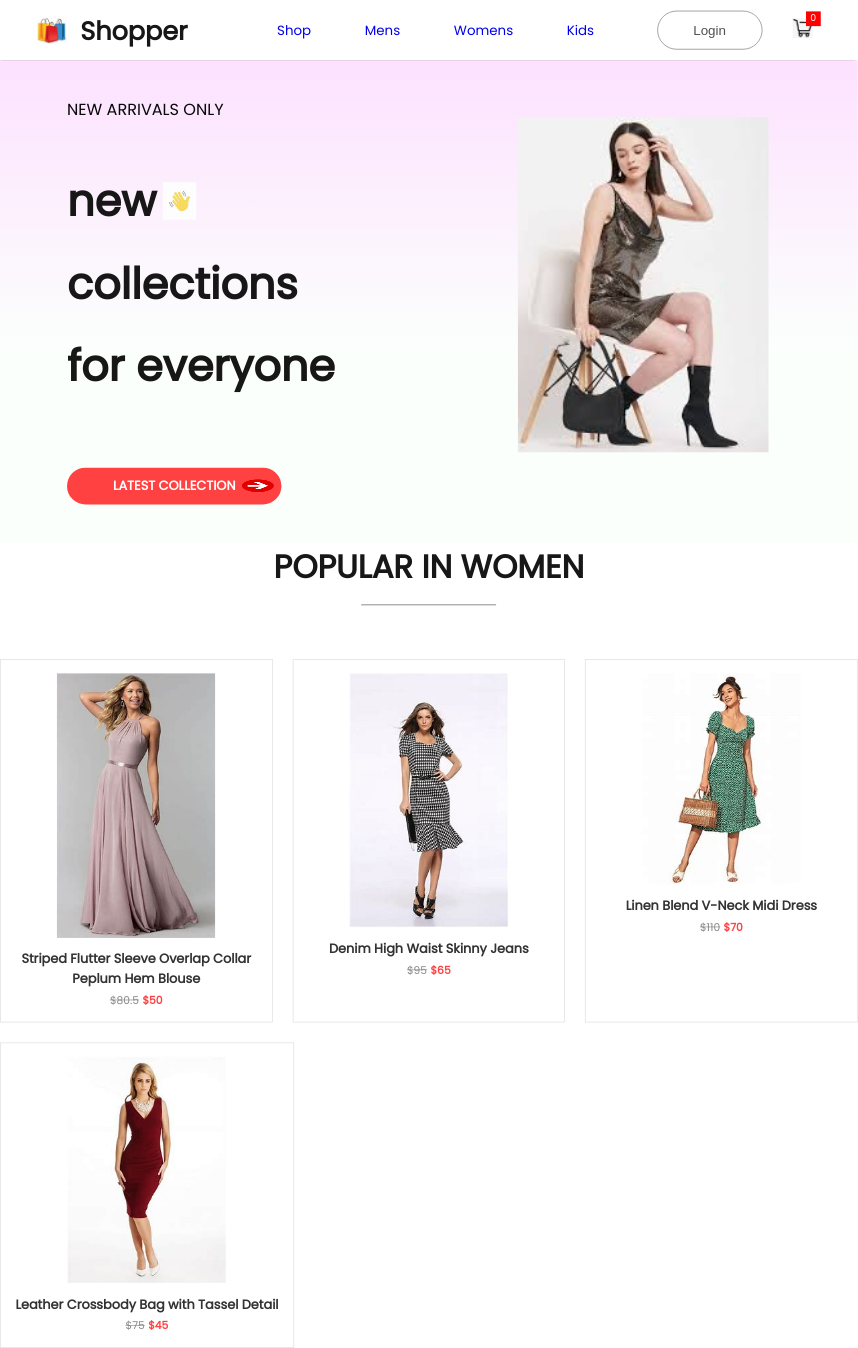
Repository: sshaiv/Shoppie_EcommerceAPP
Page: /
An editor plug-in stored every save of this project. The page is shown before and after a run of saves, followed by the edit.
The browser window is 1280 px wide. The pictures show the whole page, at 67% of full size.
The project was rebuilt for these pictures with package versions that can differ from the ones it lists, and the page was loaded fresh each time. Also part of the build but not shown: src/App.css, src/Components/Pages/ShopCategory.jsx, src/Components/Pages/Product.jsx, src/Components/Pages/Cart.jsx, src/Components/Pages/LoginSignup.jsx, src/Components/Offers/Offers.css.

Above is the page before, as saved 2024-07-16 18:28:53.

### public/index.html
<!DOCTYPE html>
<html lang="en">
  <head>
    <meta charset="utf-8" />
    <link rel="icon" href="%PUBLIC_URL%/favicon.ico" />
    <meta name="viewport" content="width=device-width, initial-scale=1" />
    <meta name="theme-color" content="#000000" />
    <meta
      name="description"
      content="Web site created using create-react-app"
    />
    <link rel="apple-touch-icon" href="%PUBLIC_URL%/logo192.png" />
    <!--
      manifest.json provides metadata used when your web app is installed on a
      user's mobile device or desktop. See https://developers.google.com/web/fundamentals/web-app-manifest/
    -->
    <link rel="manifest" href="%PUBLIC_URL%/manifest.json" />
    <!--
      Notice the use of %PUBLIC_URL% in the tags above.
      It will be replaced with the URL of the `public` folder during the build.
      Only files inside the `public` folder can be referenced from the HTML.

      Unlike "/favicon.ico" or "favicon.ico", "%PUBLIC_URL%/favicon.ico" will
      work correctly both with client-side routing and a non-root public URL.
      Learn how to configure a non-root public URL by running `npm run build`.
    -->
    <link rel="preconnect" href="https://fonts.googleapis.com">
    <link rel="preconnect" href="https://fonts.gstatic.com" crossorigin>
    <link href="https://fonts.googleapis.com/css2?family=Poppins&display=swap" rel="stylesheet">
    <title>E-Commerce</title>
  </head>
  <body>
    <noscript>You need to enable JavaScript to run this app.</noscript>
    <div id="root"></div>
    <!--
      This HTML file is a template.
      If you open it directly in the browser, you will see an empty page.

      You can add webfonts, meta tags, or analytics to this file.
      The build step will place the bundled scripts into the <body> tag.

      To begin the development, run `npm start` or `yarn start`.
      To create a production bundle, use `npm run build` or `yarn build`.
    -->
  </body>
</html>

### src/index.css
*{
  margin: 0;
}

body {
  margin: 0;
  font-family: -apple-system, BlinkMacSystemFont, 'Segoe UI', 'Roboto', 'Oxygen',
    'Ubuntu', 'Cantarell', 'Fira Sans', 'Droid Sans', 'Helvetica Neue',
    sans-serif;
  -webkit-font-smoothing: antialiased;
  -moz-osx-font-smoothing: grayscale;

 font-family:'Poppins';

}

code {
  font-family: source-code-pro, Menlo, Monaco, Consolas, 'Courier New',
    monospace;
}

### src/App.js
import React from 'react';
import './App.css';
import Navbar from './Components/Navbar/Navbar';
import { BrowserRouter, Routes, Route } from 'react-router-dom';
import ShopCategory from './Components/Pages/ShopCategory';
import Product from './Components/Pages/Product';
import Cart from './Components/Pages/Cart';
import LoginSignup from './Components/Pages/LoginSignup';
import Shop from './Components/Pages/Shop';

const App = () => {
  return (
    <div>
      <BrowserRouter>
        <Navbar />
        <Routes>
          <Route path='/' element={<Shop />} />
          <Route path='/mens' element={<ShopCategory category='mens' />} />
          <Route path='/womens' element={<ShopCategory category='women' />} />
          <Route path='/kids' element={<ShopCategory category='kids' />} />
          <Route path='/product' element={<Product />} />
          <Route path='/product/:productID' element={<Product />} />
          <Route path='/cart' element={<Cart />} />
          <Route path='/login' element={<LoginSignup />} />
        </Routes>
      </BrowserRouter>
    </div>
  );
}

export default App;

### src/Components/Navbar/Navbar.jsx
import React, { useState } from 'react'
import './Navbar.css'
import logo from '../Assets/logo.png'
import cart_icon from '../Assets/cart_icon.png'
import { Link } from 'react-router-dom'

const Navbar = () => {
const [menu,setMenu]=useState("shop");

  return (
    <div>
      <div className='navbar'>
        <div className='nav-logo'>
          <img src={logo} alt="Logo" />
          <p>Shopper</p>
        </div>
        <ul className='nav-menu'>
            <li onClick={()=>{setMenu("shop")}}><Link style={{textDecoration:'none'}} to='/'>Shop </Link>{menu==="shop"? <hr/> :<></>}   </li>
            <li onClick={()=>{setMenu("mens")}}><Link style={{textDecoration:'none'}}  to='/mens'>Mens</Link> {menu==="shop"? <hr/> :<></>} </li>
            <li onClick={()=>{setMenu("womens")}}><Link style={{textDecoration:'none'}}  to='/womens'>Womens </Link> {menu==="shop"? <hr/> :<></>} </li>
            <li onClick={()=>{setMenu("kids")}}><Link style={{textDecoration:'none'}}  to='/kids'>Kids</Link> {menu==="shop"? <hr/> :<></>} </li>
        </ul>

        <div className="nav-login-cart">
          <Link to='/login'>  <button>Login</button></Link>
       <Link to='/cart'>   <img src={cart_icon} alt="" /></Link>
      <div className="nav-cart-count">0</div>
        </div>
      </div>
    </div>
  )
}

export default Navbar

### src/Components/Pages/Shop.jsx
import React from 'react';
import Hero from '../Hero/Hero';
import Popular from '../Popular/Popular';
import Offers from '../Offers/Offers';


const Shop = () => {
  return (
    <div>
      <Hero/>
      <Popular/>
      <Offers/>
    </div>
  );
}

export default Shop;

### src/Components/Navbar/Navbar.css
.navbar{
    display: flex;
    justify-content: space-around;
    padding: 16px;
    box-shadow:0 1px 3px -2px black ;

}
.nav-logo{
    display:flex;
    align-items: center;
    gap: 10px;
}

.nav-logo p{
    color: #171717;
    font-size: 38px;
    font-weight: 600;
}
.nav-menu{
    display:flex;
    align-items:center;
    list-style: none;
    gap: 50px;
    color:#626262;
    font-size: 20px;
    font-weight: 500;

}


  .nav-logo img {
    height: 40px;
    margin-right: 10px;
  }



  .nav-menu li {
    margin: 0 15px;
    position: relative;
    cursor: pointer;
  }

  .nav-menu li:hover hr {
    display: block;
  }

  .nav-menu hr {
    display: none;
    width: 80%;
    height: 3px;
    border-radius: 10px;
    background-color:red;

  }

  .nav-login-cart {
    display: flex;
    align-items: center;
    gap: 45px;
  }

  .nav-login-cart button {
    width: 157px;
    height: 58px;
    outline: none;
    border: 1px solid #7a7a7a;
    border-radius: 75px;
    color:#515151;
    font-size: 20px;
    font-weight: 500;
    background: white;
    cursor: pointer;
  }

  .nav-login-cart button:active{
    background:#f3f3f3;
  }
  .nav-login-cart img {
    height: 30px;
    cursor: pointer;
  }
  .nav-cart-count{
    width: 22px;
    height: 22px;
    display: flex;
    justify-content: center;
    align-items:center;
    margin-top: -35px;
    margin-left: -55px;
    border: radius 11px;
    font-size: 14px;
    background-color:red;
    color:white;
  }

  @media (max-width: 768px) {
    .navbar {
      flex-direction: column;
      align-items: center;
    }

    .nav-logo p {
      font-size: 20px;
    }

    .nav-menu {
      flex-direction: column;
      align-items: center;
      gap: 10px;
    }

    .nav-menu li {
      margin: 10px 0;
    }

    .nav-login-cart {
      flex-direction: column;
      align-items: center;
      gap: 10px;
    }
  }

### src/Components/Hero/Hero.jsx
import React from "react";
import "./Hero.css";
import hand_icon from "../Assets/hand_icon.png";
import arrow_icon from "../Assets/arrow_icon.png";
import hero_imae from '../Assets/hero_imae.png';

const Hero = () => {
  return (
    <div className="hero">
      <div className="hero-left">
        <h2>NEW ARRIVALS ONLY</h2>
        <div className="hero-hand-icon">
          <p>new</p>
          <img src={hand_icon} alt="hand icon" />
        </div>
        <p>collections</p>
        <p>for everyone</p>
        <div className="hero-latest-btn">
          <div>Latest Collection</div>
          <img src={arrow_icon} alt="arrow icon" />
        </div>
      </div>
      <div className="hero-right">
        <img src={hero_imae} alt="hero" />
      </div>
    </div>
  );
};

export default Hero;

### src/Components/Popular/Popular.jsx
import React from 'react';
import './Popular.css';
import data_product from '../Assets/data';
// import Item from '../Item/Item';

const Popular = () => {
  return (
    <div className='popular'>
      <h1>POPULAR IN WOMEN</h1>
      <hr />
      <div className="popular-item">
        {data_product.map((item, i) => (
          <div className="item" key={i}>
            <img src={item.image} alt={item.name} />
            <div className="name">{item.name}</div>
            <div className="price">
              <span className="old-price">${item.old_price}</span>
              <span className="new-price">${item.new_price}</span>
            </div>
          </div>
        ))}
      </div>
    </div>
  );
}

export default Popular;

### src/Components/Offers/Offers.jsx
import React from 'react'
import './Offers.css'

const Offers = () => {
  return (
    <div className='offers'>
      <div className="offers-left">
        <h1></h1>
      </div>
    </div>
  )
}

export default Offers

### src/Components/Hero/Hero.css
.hero {
    height: 100vh;
    background: linear-gradient(180deg, #fde1ff, #e1ffea22 60%);
    display: flex;
    justify-content: space-between;
    align-items: center;
    padding: 0 50px;
    box-sizing: border-box;
  }

  .hero-left {
    flex: 1;
    display: flex;
    flex-direction: column;
    justify-content: center;
    gap: 20px;
    padding-left: 50px;
    line-height: 1.3;
  }

  .hero-left h2 {
    color: #090909;
    font-size: 1.5rem;
    font-weight: 500;
    position: relative;
    bottom: 50px;
  }

  .hero-left p {
    color: #171717;
    font-size: 4rem;
    font-weight: 700;
    margin: 10px 0;
  }

  .hero-hand-icon {
    display: flex;
    align-items: center;
    gap: 10px;
    font-size: 1.5rem;
    font-weight: 500;
    color: #ff4141;
  }

  .hero-hand-icon img {
    width: 50px;
  }
  .hero-latest-btn {
    width: 260px;
    display: flex;
    justify-content: center;
    align-items: center;
    gap: 10px;
    padding: 15px 30px;
    border-radius: 50px;
    margin-top: 30px;
    background: #ff4141;
    color: white;
    font-size: 1.2rem;
    font-weight: 600;
    text-transform: uppercase;
    transition: background 0.3s ease, transform 0.3s ease;
    cursor: pointer;
    position: relative;
    top: 50px; /* Add position relative to the parent */
  }

  .hero-latest-btn img {
    height: 20px;
    width: 50px;
    position: absolute; /* Position the image absolutely */
    right: 10px; /* Adjust right position as needed */
  }

  .hero-latest-btn:hover {
    background: #e63939;
    transform: scale(1.05);
  }


  .hero-right {
    flex: 1;
    display: flex;
    justify-content: center;
    align-items: center;
    padding-right: 50px;
  }

  .hero-right img {
    max-width: 100%;
    height: 500px;
   position: relative;
   left: 50px;
   bottom: 25px;

  }

### src/Components/Popular/Popular.css
.popular {
    height: 90vh;
    display: flex;
    flex-direction: column;
    align-items: center;
    gap: 10px;
  }

  .popular h1 {
    font-size: 3rem; /* Adjusted font size */
    font-weight: 600;
    color: #171717;
    margin-bottom: 10px; /* Added margin for spacing */
  }

  .popular hr {
    width: 200px;
    height: 6px;
    border-radius: 10px;
    background: #252525;
    margin-bottom: 20px; /* Added margin for spacing */
  }

  .popular-item {
    margin-top: 50px;
    display: flex;
    flex-wrap: wrap; /* Allow items to wrap onto new lines */
    justify-content: space-between; /* Distribute items with space between */
    gap: 30px; /* Increased gap between items */
  }

  .popular-item .item {
    border: 1px solid #ddd; /* Example border style for items */
    padding: 20px; /* Example padding for items */
    flex: 1 1 300px; /* Flex basis to control item width */
    max-width: calc(33.33% - 30px); /* Adjust for three items per row */
    text-align: center;
  }

  .popular-item .item img {
    max-width: 100%;
    height: auto;
    margin-bottom: 10px; /* Space below image */
  }

  .popular-item .item .name {
    font-size: 1.2rem; /* Adjusted font size for item name */
    font-weight: bold;
    color: #333;
    margin-bottom: 5px; /* Space below name */
  }

  .popular-item .item .price {
    font-size: 1rem; /* Adjusted font size for prices */
    color: #888;
  }

  .popular-item .item .old-price {
    text-decoration: line-through; /* Strikethrough for old price */
    margin-right: 5px; /* Space between old and new price */
  }

  .popular-item .item .new-price {
    font-weight: bold;
    color: #ff4141;
  }

  @media (max-width: 768px) {
    .popular h1 {
      font-size: 2rem; /* Adjusted font size for smaller screens */
    }

    .popular-item .item {
      max-width: calc(50% - 20px); /* Adjust for two items per row */
    }
  }

### src/Components/Assets/data.js
import p1_img from './product1.png'
import p2_img from './product2.png'
import p3_img from './product3.png'
import p4_img from './product4.png'


let data_product = [
    {
      id: 1,
      name: "Striped Flutter Sleeve Overlap Collar Peplum Hem Blouse",
      image: p1_img,
      new_price: 50.00,
      old_price: 80.50,
    },
    {
      id: 2,
      name: "Denim High Waist Skinny Jeans",
      image: p2_img,
      new_price: 65.00,
      old_price: 95.00,
    },
    {
      id: 3,
      name: "Linen Blend V-Neck Midi Dress",
      image: p3_img,
      new_price: 70.00,
      old_price: 110.00,
    },
    {
      id: 4,
      name: "Leather Crossbody Bag with Tassel Detail",
      image: p4_img,
      new_price: 45.00,
      old_price: 75.00,
    },
  ];


export default data_product;

Loaded but not shown: src/index.js (common file); src/reportWebVitals.js (common file)

After the next 3 saves:
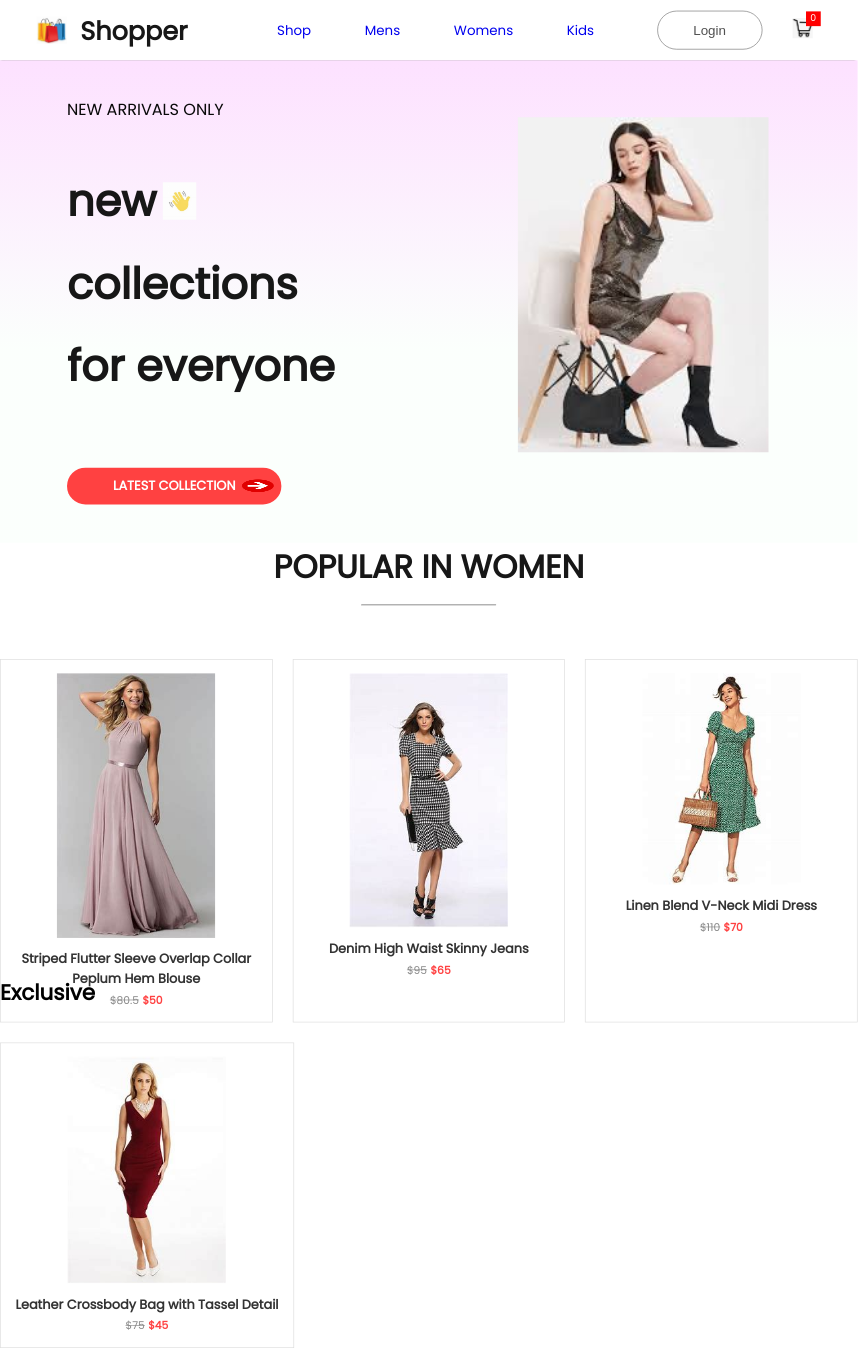
The 3 saves are shown as one change because they came seconds apart.
The last was saved 16 s later.
--- a/src/Components/Offers/Offers.jsx
+++ b/src/Components/Offers/Offers.jsx
@@ -5,6 +5,7 @@ const Offers = () => {
   return (
     <div className='offers'>
       <div className="offers-left">
+        <h1>Exclusive</h1>
         <h1></h1>
       </div>
     </div>
